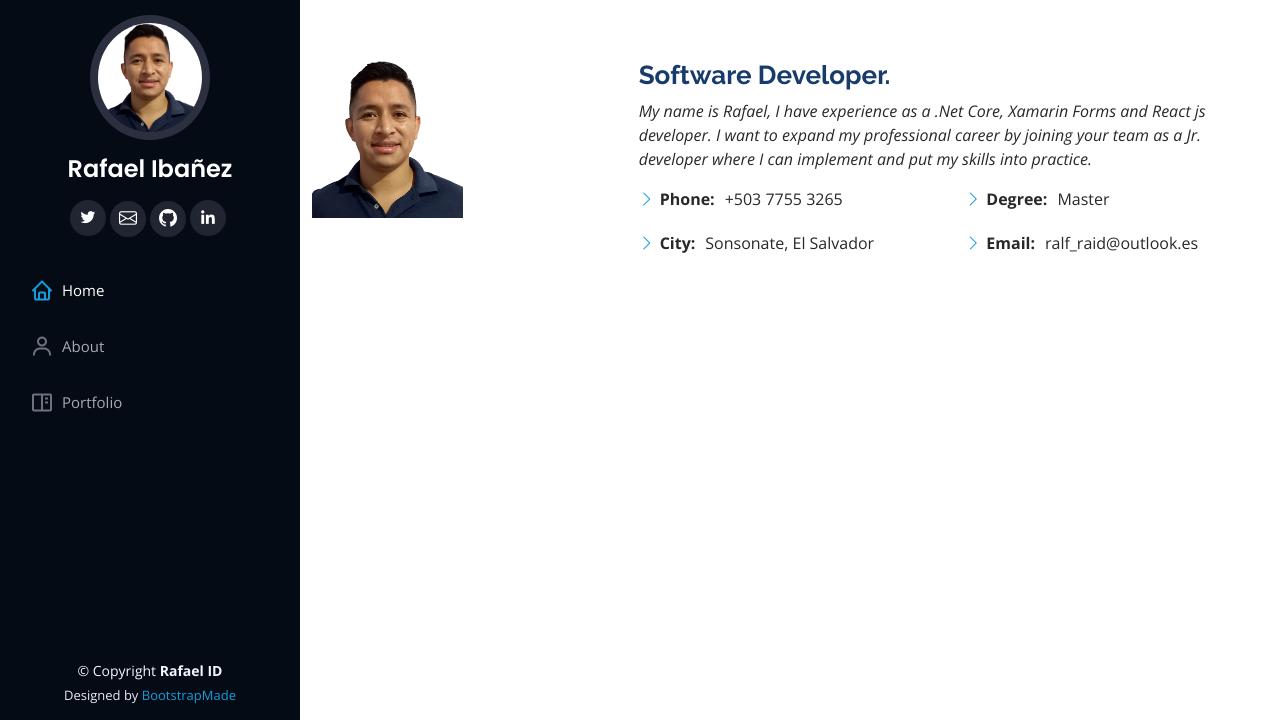
Repository: ralfId/myportfolio
Page: /about
These files come from the project's save history. The page is drawn as it stood at one moment and after the next save; the edit follows.
The browser window is 1280 px wide. The pictures show the whole page.
The project was rebuilt for these pictures with package versions that can differ from the ones it lists, and the page was loaded fresh each time. Also part of the build but not shown: src/components/Home.js, src/data/projects.js, src/components/Projects/ProjectItem.js, src/components/Projects/ProjectIndex.js, src/helpers/ProjectById.js, src/components/Projects/ProjectDetail.js.

Above is the page before, as saved 2021-09-20 19:03:11.

### public/index.html
<!DOCTYPE html>
<html lang="en">

<head>
  <meta charset="utf-8" />
  <link rel="icon" href="%PUBLIC_URL%/favicon.ico" />
  <meta name="viewport" content="width=device-width, initial-scale=1" />
  <meta name="theme-color" content="#000000" />
  <meta name="description" content="Web site created using create-react-app" />
  <link rel="apple-touch-icon" href="%PUBLIC_URL%/logo192.png" />
  <link rel="manifest" href="%PUBLIC_URL%/manifest.json" />

  <!-- Google Fonts -->
  <link
    href="https://fonts.googleapis.com/css?family=Open+Sans:300,300i,400,400i,600,600i,700,700i|Raleway:300,300i,400,400i,500,500i,600,600i,700,700i|Poppins:300,300i,400,400i,500,500i,600,600i,700,700i"
    rel="stylesheet">

  <!-- Vendor CSS Files -->
  <link href="vendor/aos/aos.css" rel="stylesheet">
  <link href="vendor/bootstrap/css/bootstrap.min.css" rel="stylesheet">
  <link href="vendor/bootstrap-icons/bootstrap-icons.css" rel="stylesheet">
  <link href="vendor/boxicons/css/boxicons.min.css" rel="stylesheet">
  <link href="vendor/glightbox/css/glightbox.min.css" rel="stylesheet">
  <link href="vendor/swiper/swiper-bundle.min.css" rel="stylesheet">

  <!-- Template Main CSS File -->
  <link href="css/style.css" rel="stylesheet">
  <title>React App</title>

  <!-- =======================================================
  * Template Name: iPortfolio - v3.3.0
  * Template URL: https://bootstrapmade.com/iportfolio-bootstrap-portfolio-websites-template/
  * Author: BootstrapMade.com
  * License: https://bootstrapmade.com/license/
  ======================================================== -->
</head>

<body>
  <noscript>You need to enable JavaScript to run this app.</noscript>
  <div id="root"></div>
  <!--
      This HTML file is a template.
      If you open it directly in the browser, you will see an empty page.

      You can add webfonts, meta tags, or analytics to this file.
      The build step will place the bundled scripts into the <body> tag.

      To begin the development, run `npm start` or `yarn start`.
      To create a production bundle, use `npm run build` or `yarn build`.
    -->
 <!-- Vendor JS Files -->
 <script src="vendor/aos/aos.js" type="text/javascript"></script>
 <script src="vendor/bootstrap/js/bootstrap.bundle.min.js" type="text/javascript"></script>
 <script src="vendor/glightbox/js/glightbox.min.js" type="text/javascript"></script>
 <script src="vendor/isotope-layout/isotope.pkgd.min.js" type="text/javascript"></script>
 <script src="vendor/php-email-form/validate.js" type="text/javascript"></script>
 <script src="vendor/purecounter/purecounter.js" type="text/javascript"></script>
 <script src="vendor/swiper/swiper-bundle.min.js" type="text/javascript"></script>
 <script src="vendor/typed.js/typed.min.js" type="text/javascript"></script>
 <script src="vendor/waypoints/noframework.waypoints.js" type="text/javascript"></script>

 <!-- Template Main JS File -->
 <script src="js/main.js" type="text/javascript"></script>

</body>

</html>

### src/components/About.js
import React from 'react'

export const About = () => {
    return (

        <section id="about" className="about">
            <div className="container">

                <div className="row">
                    <div className="col-lg-4" data-aos="fade-right">
                        <img src="../img/profile-img.png" className="img-fluid w-50" alt="" />
                    </div>
                    <div className="col-lg-8 pt-4 pt-lg-0 content" data-aos="fade-left">
                        <h3>Software Developer.</h3>
                        <p className="fst-italic">
                        My name is Rafael, I have experience as a .Net Core, Xamarin Forms and React js developer.
                        I want to expand my professional career by joining your team as a Jr. developer where
                        I can implement and put my skills into practice.
                        </p>
                        <div className="row">
                            <div className="col-lg-6">
                                <ul>
                                    <li><i className="bi bi-chevron-right"></i> <strong>Phone:</strong> <span>+503 7755 3265</span></li>
                                    <li><i className="bi bi-chevron-right"></i> <strong>City:</strong> <span>Sonsonate, El Salvador</span></li>
                                </ul>
                            </div>
                            <div className="col-lg-6">
                                <ul>
                                    <li><i className="bi bi-chevron-right"></i> <strong>Degree:</strong> <span>Master</span></li>
                                    <li><i className="bi bi-chevron-right"></i> <strong>Email:</strong> <span>ralf_raid@outlook.es</span></li>
                                </ul>
                            </div>
                        </div>
                    </div>
                </div>

            </div>
        </section>

    )
}

Loaded but not shown: src/index.js (common file); public/vendor/aos/aos.css (library); public/vendor/bootstrap/css/bootstrap.min.css (library); public/vendor/bootstrap-icons/bootstrap-icons.css (library); public/vendor/boxicons/css/boxicons.min.css (library); public/vendor/glightbox/css/glightbox.min.css (library); public/vendor/swiper/swiper-bundle.min.css (library); public/vendor/aos/aos.js (library); public/vendor/bootstrap/js/bootstrap.bundle.min.js (library); public/vendor/glightbox/js/glightbox.min.js (library); public/vendor/isotope-layout/isotope.pkgd.min.js (library); public/vendor/php-email-form/validate.js (common file); public/vendor/purecounter/purecounter.js (library); public/vendor/swiper/swiper-bundle.min.js (library); public/vendor/typed.js/typed.min.js (library); public/vendor/waypoints/noframework.waypoints.js (library); public/js/main.js (267 lines, source omitted); src/components/Nav.js (48 lines, source omitted); src/routers/AppRouter.js (33 lines, source omitted); src/components/Footer.js (16 lines, source omitted); src/Portfolio.js (10 lines, source omitted); public/css/style.css (1154 lines, source omitted)

After the next save:
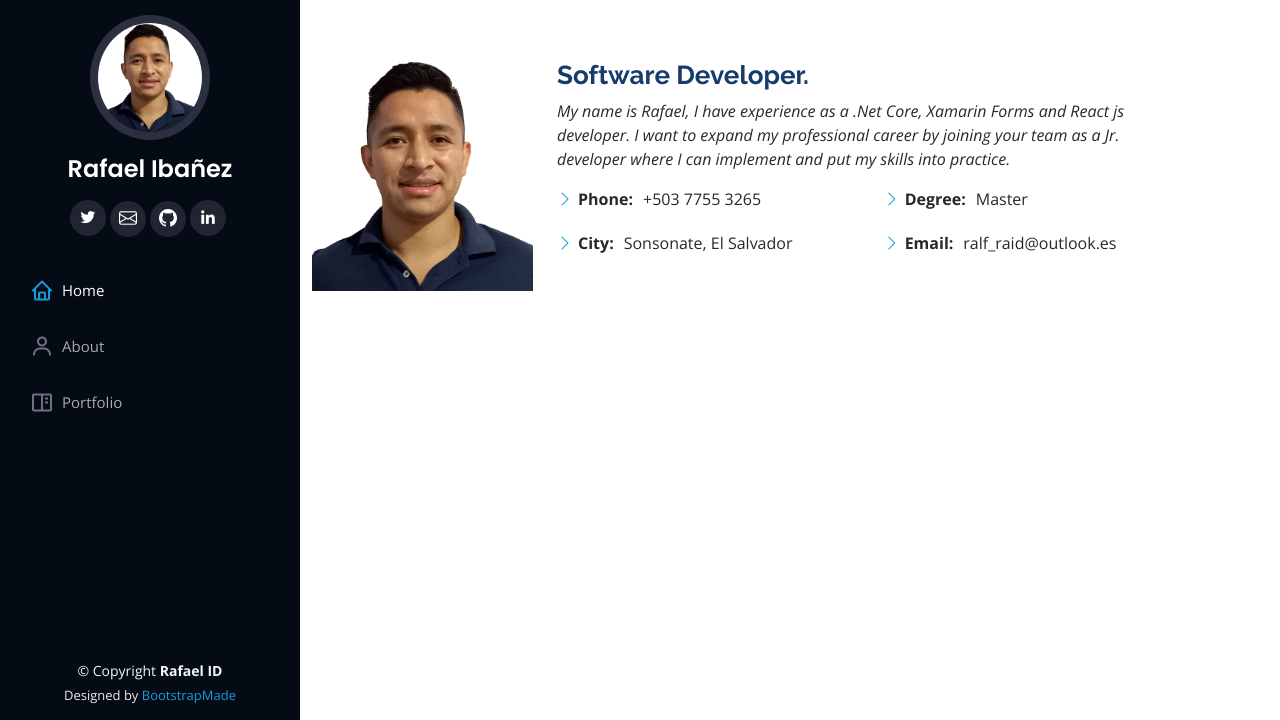
Saved 10 s later.
--- a/src/components/About.js
+++ b/src/components/About.js
@@ -7,8 +7,8 @@ export const About = () => {
             <div className="container">
 
                 <div className="row">
-                    <div className="col-lg-4" data-aos="fade-right">
-                        <img src="../img/profile-img.png" className="img-fluid w-50" alt="" />
+                    <div className="col-lg-3" data-aos="fade-right">
+                        <img src="../img/profile-img.png" className="img-fluid " alt="" />
                     </div>
                     <div className="col-lg-8 pt-4 pt-lg-0 content" data-aos="fade-left">
                         <h3>Software Developer.</h3>
